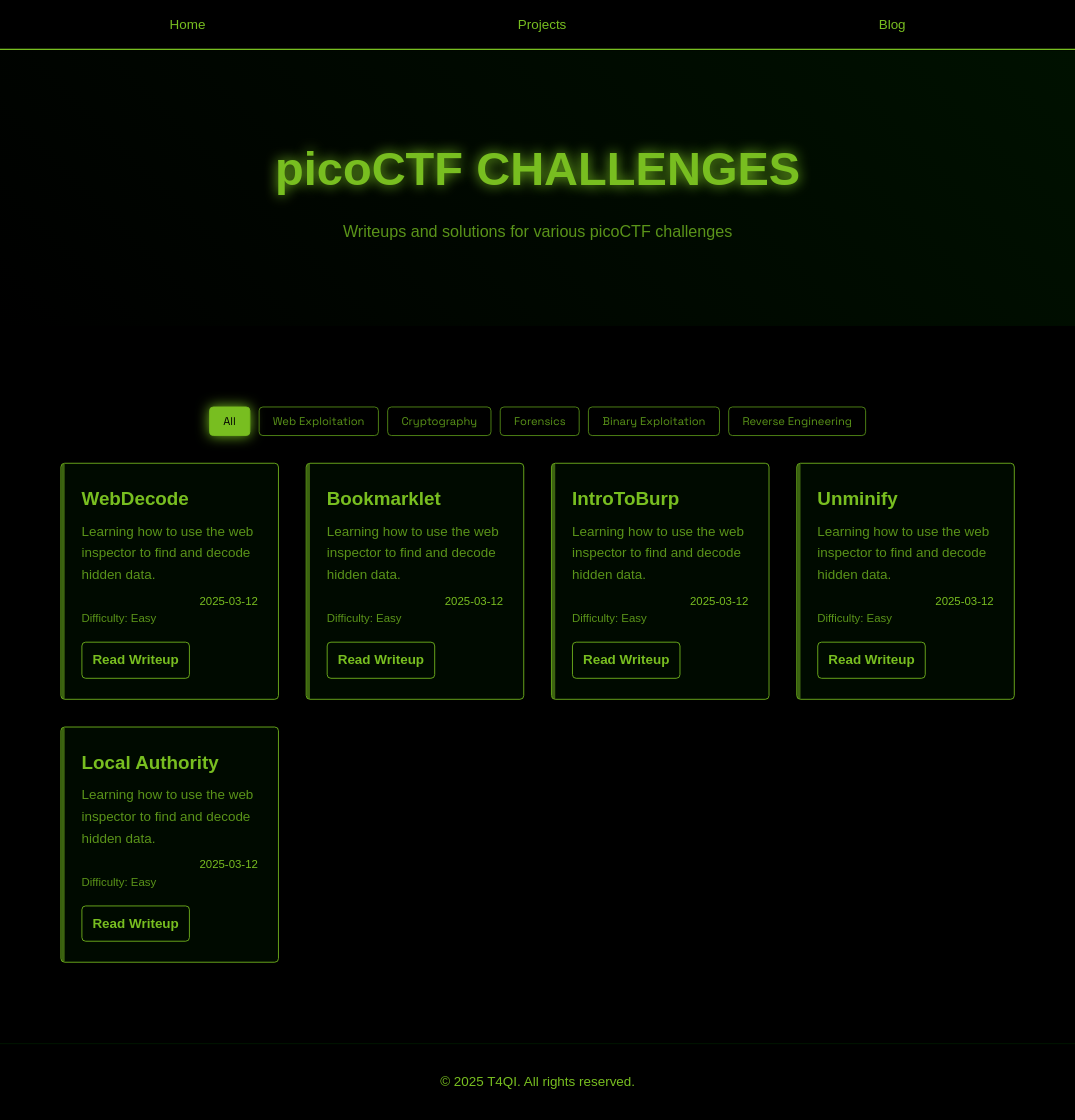
Repository: mohamedsoliman-tq/Website
Page: blogs/picoCTF/picoCTF.html
These files come from the project's save history. The page is drawn as it stood at one moment and after a run of saves; the edit follows.
The browser window is 1280 px wide. The pictures show the whole page, at 84% of full size.

Above is the page before, as saved 2025-03-14 02:48:59.

After the next 3 saves:
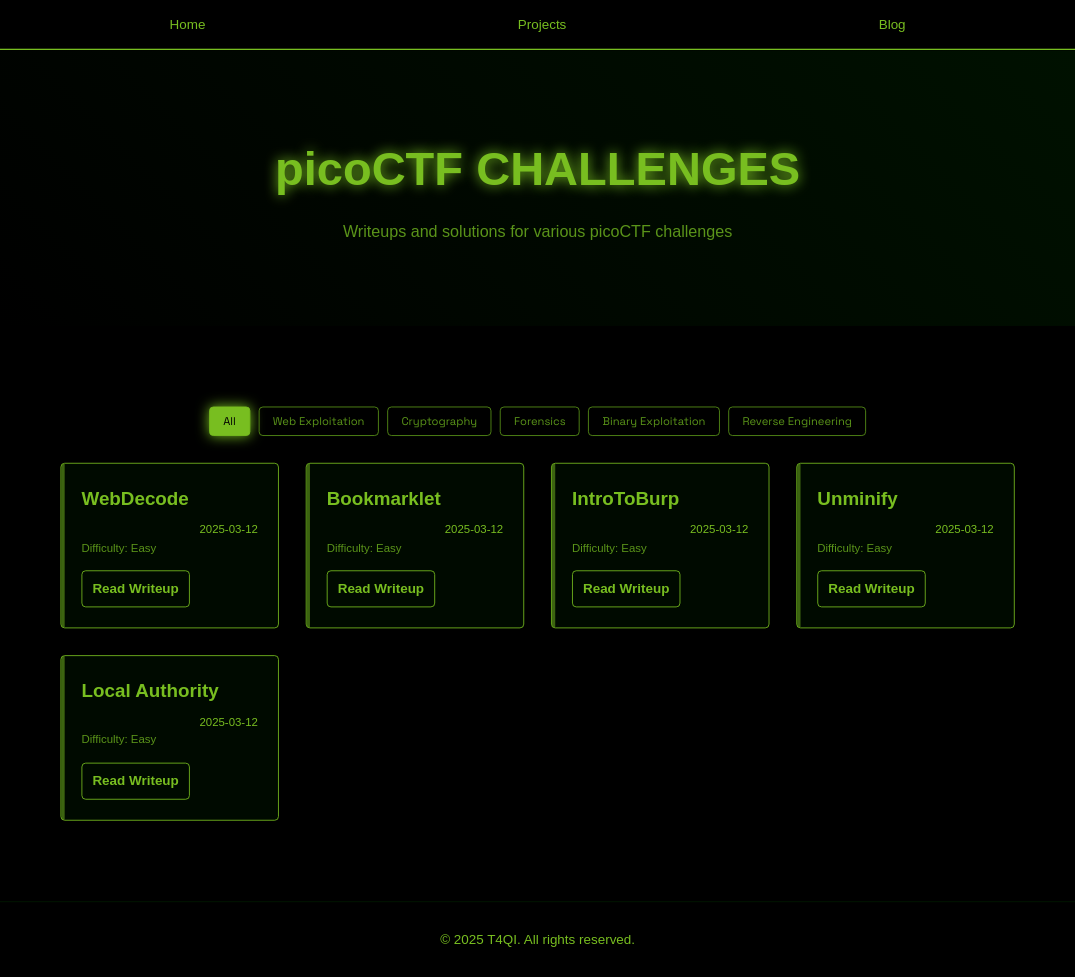
The 3 saves are shown as one change because they came seconds apart.
The last was saved 25 s later.
--- a/blogs/picoCTF/picoCTF.html
+++ b/blogs/picoCTF/picoCTF.html
@@ -45,7 +45,6 @@
                 <!-- Web Exploitation Challenges -->
                 <div class="blog-card" data-category="web">
                     <h3>WebDecode</h3>
-                    <p>Learning how to use the web inspector to find and decode hidden data.</p>
                     <span class="blog-date">2025-03-12</span>
                     <span class="blog-difficulty">Difficulty: Easy</span>
                     <a href="/blogs/picoCTF/WebDecode.html" class="read-more">Read Writeup</a>
@@ -53,7 +52,6 @@
 
                 <div class="blog-card" data-category="web">
                     <h3>Bookmarklet</h3>
-                    <p>Learning how to use the web inspector to find and decode hidden data.</p>
                     <span class="blog-date">2025-03-12</span>
                     <span class="blog-difficulty">Difficulty: Easy</span>
                     <a href="/blogs/picoCTF/bookmarklet.html" class="read-more">Read Writeup</a>
@@ -61,7 +59,6 @@
 
                 <div class="blog-card" data-category="web">
                     <h3>IntroToBurp</h3>
-                    <p>Learning how to use the web inspector to find and decode hidden data.</p>
                     <span class="blog-date">2025-03-12</span>
                     <span class="blog-difficulty">Difficulty: Easy</span>
                     <a href="/blogs/picoCTF/introburp.html" class="read-more">Read Writeup</a>
@@ -69,7 +66,6 @@
 
                 <div class="blog-card" data-category="web">
                     <h3>Unminify</h3>
-                    <p>Learning how to use the web inspector to find and decode hidden data.</p>
                     <span class="blog-date">2025-03-12</span>
                     <span class="blog-difficulty">Difficulty: Easy</span>
                     <a href="/blogs/picoCTF/Unminify.html" class="read-more">Read Writeup</a>
@@ -77,7 +73,6 @@
 
                 <div class="blog-card" data-category="web">
                     <h3>Local Authority</h3>
-                    <p>Learning how to use the web inspector to find and decode hidden data.</p>
                     <span class="blog-date">2025-03-12</span>
                     <span class="blog-difficulty">Difficulty: Easy</span>
                     <a href="/blogs/picoCTF/localauth.html" class="read-more">Read Writeup</a>
